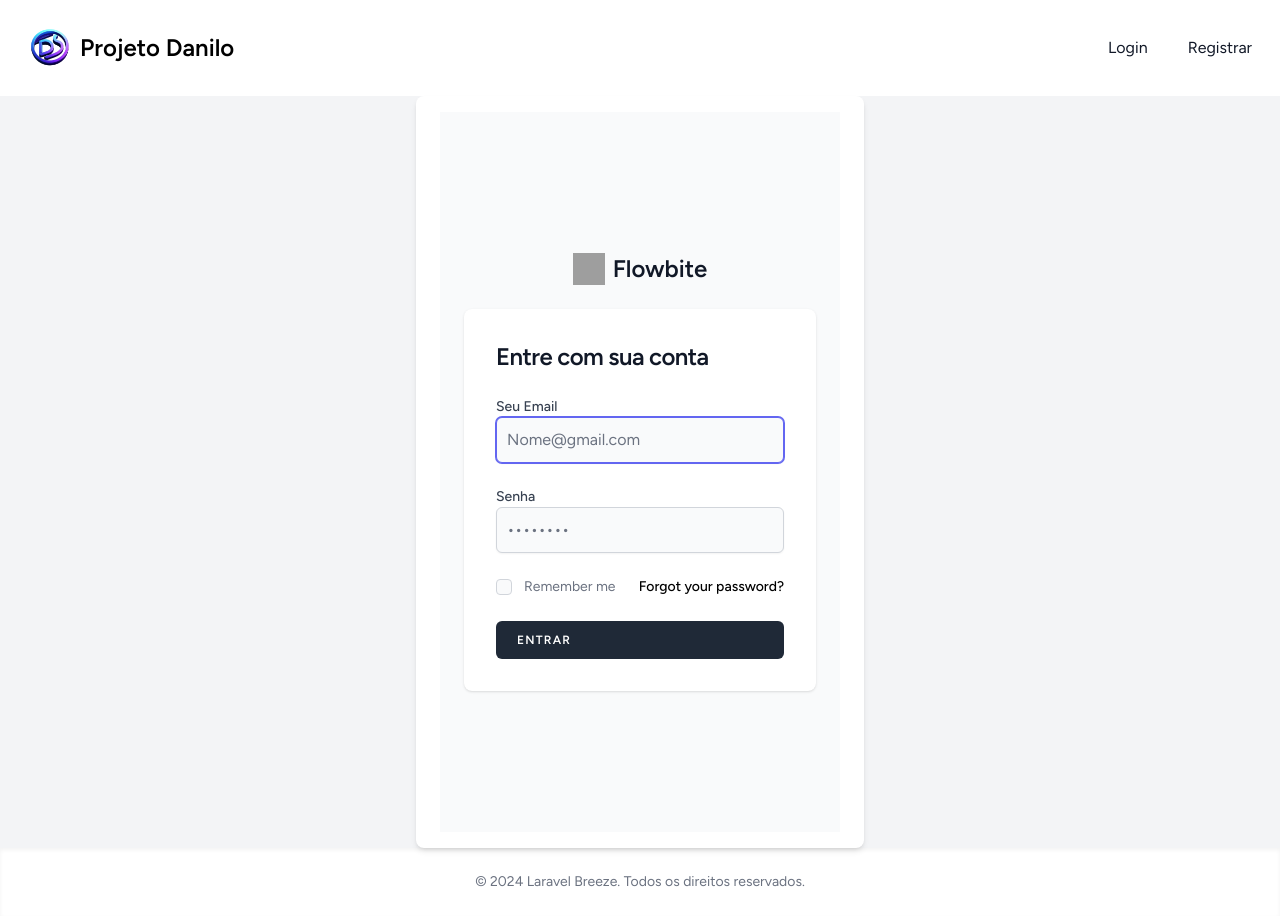
Repository: DaniloSsoares/Projeto-Laravel-site
Page: http://localhost/login
An editor plug-in stored every save of this project. The page is shown before and after the next save, followed by the edit.
The browser window is 1280 px wide. The pictures show the whole page.
Pictures or frames that could not be fetched are drawn as grey boxes. The page is served by the project's Laravel application, run on PHP 8.4 with Laravel 12. Other server files are loaded and not shown. Style sheets and scripts are compiled from the project's sources, by tool versions that may differ from the author's.

Above is the page before, as saved 2024-09-10 12:42:29.

### Projeto_Laravel_Crud/routes/web.php
<?php

use App\Http\Controllers\JogoController;
use App\Http\Controllers\ProfileController;
use Illuminate\Support\Facades\Route;

Route::get('/', function () {
    return view('welcome');
});

Route::get('/dashboard', function () {
    return view('dashboard');
})->middleware(['auth', 'verified'])->name('dashboard');

Route::middleware('auth')->group(function () {
    Route::get('/profile', [ProfileController::class, 'edit'])->name('profile.edit');
    Route::patch('/profile', [ProfileController::class, 'update'])->name('profile.update');
    Route::delete('/profile', [ProfileController::class, 'destroy'])->name('profile.destroy');
});

require __DIR__.'/auth.php';


Route::get('/listar', [JogoController::class, 'listar'])->name('jogo.listar');

Route::get('/cadastrar', [JogoController::class, 'cadastrar'])->name('jogo.cadastrar');

Route::get('/atualizar', function () {
    return view('atualizacao');
});

Route::get('/deletar', function () {
    return view('deletar');
});




Route::post('/adicionarJogo', [JogoController::class, 'adicionar'])->name('adicionar.jogo');


Route::post("/atualizar/{id}", [JogoController::class, 'atualizar']);

Route::get("/excluir/{id}",[JogoController::class, 'excluir'])->name('Excluir.jogo');

Route::get("/editar/{id}",[JogoController::class, 'editar'])->name('Editar.jogo');

### Projeto_Laravel_Crud/resources/views/auth/login.blade.php
<x-guest-layout>
    <section class="bg-gray-50 dark:bg-gray-900">
        <div class="flex flex-col items-center justify-center px-6 py-8 mx-auto md:h-screen lg:py-0">
            <a href="#" class="flex items-center mb-6 text-2xl font-semibold text-gray-900 dark:text-white">
                <img class="w-8 h-8 mr-2" src="https://flowbite.s3.amazonaws.com/blocks/marketing-ui/logo.svg" alt="logo">
                Flowbite
            </a>
            <div class="w-full bg-white rounded-lg shadow dark:border md:mt-0 sm:max-w-md xl:p-0 dark:bg-gray-800 dark:border-gray-700">
                <div class="p-6 space-y-4 md:space-y-6 sm:p-8">
                    <h1 class="text-xl font-bold leading-tight tracking-tight text-gray-900 md:text-2xl dark:text-white">
                       Entre com sua conta
                    </h1>

                    <!-- Session Status -->
                    <x-auth-session-status class="mb-4" :status="session('status')" />

                    <form class="space-y-4 md:space-y-6" method="POST" action="{{ route('login') }}">
                        @csrf
                        <!-- Email Address -->
                        <div>
                            <x-input-label for="email" :value="__('Seu Email')" />
                            <x-text-input id="email" class="bg-gray-50 border border-gray-300 text-gray-900 rounded-lg focus:ring-primary-600 focus:border-primary-600 block w-full p-2.5 dark:bg-gray-700 dark:border-gray-600 dark:placeholder-gray-400 dark:text-white dark:focus:ring-blue-500 dark:focus:border-blue-500" type="email" name="email" :value="old('email')" required autofocus autocomplete="username" placeholder="Nome@gmail.com" />
                            <x-input-error :messages="$errors->get('email')" class="mt-2" />
                        </div>

                        <!-- Password -->
                        <div>
                            <x-input-label for="password" :value="__('Senha')" />
                            <x-text-input id="password" class="bg-gray-50 border border-gray-300 text-gray-900 rounded-lg focus:ring-primary-600 focus:border-primary-600 block w-full p-2.5 dark:bg-gray-700 dark:border-gray-600 dark:placeholder-gray-400 dark:text-white dark:focus:ring-blue-500 dark:focus:border-blue-500" type="password" name="password" required autocomplete="current-password" placeholder="••••••••" />
                            <x-input-error :messages="$errors->get('password')" class="mt-2" />
                        </div>

                        <!-- Remember Me -->
                        <div class="flex items-center justify-between">
                            <div class="flex items-start">
                                <div class="flex items-center h-5">
                                    <input id="remember_me" type="checkbox" class="w-4 h-4 border border-gray-300 rounded bg-gray-50 focus:ring-3 focus:ring-primary-300 dark:bg-gray-700 dark:border-gray-600 dark:focus:ring-primary-600 dark:ring-offset-gray-800" name="remember">
                                </div>
                                <div class="ml-3 text-sm">
                                    <label for="remember_me" class="text-gray-500 dark:text-gray-300">{{ __('Remember me') }}</label>
                                </div>
                            </div>
                            @if (Route::has('password.request'))
                                <a class="text-sm font-medium text-primary-600 hover:underline dark:text-primary-500" href="{{ route('password.request') }}">
                                    {{ __('Forgot your password?') }}
                                </a>
                            @endif
                        </div>

                        <x-primary-button class="w-full text-white bg-primary-600 hover:bg-primary-700 focus:ring-4 focus:outline-none focus:ring-primary-300 font-medium rounded-lg text-sm px-5 py-2.5 text-center dark:bg-primary-600 dark:hover:bg-primary-700 dark:focus:ring-primary-800">
                            {{ __('Entrar') }}
                        </x-primary-button>
                    </form>


                </div>
            </div>
        </div>
    </section>
</x-guest-layout>

### Projeto_Laravel_Crud/resources/views/layouts/guest.blade.php
<!DOCTYPE html>
<html lang="{{ str_replace('_', '-', app()->getLocale()) }}">
    <head>
        <meta charset="utf-8">
        <meta name="viewport" content="width=device-width, initial-scale=1">
        <meta name="csrf-token" content="{{ csrf_token() }}">

        <title>{{ config('app.name', 'Laravel') }}</title>

        <!-- Fonts -->
        <link rel="preconnect" href="https://fonts.bunny.net">
        <link href="https://fonts.bunny.net/css?family=figtree:400,500,600&display=swap" rel="stylesheet" />

        <!-- Tailwind CSS via CDN -->
        <link rel="stylesheet" href="https://cdn.jsdelivr.net/npm/tailwindcss@2.2.19/dist/tailwind.min.css">

        <!-- Scripts -->
        @vite(['resources/css/app.css', 'resources/js/app.js'])
    </head>
    <body class="bg-gray-100 dark:bg-zinc-900 text-black dark:text-white">

        <!-- Header -->
        <nav class="bg-white border-gray-200 white:bg-gray-900">
            <div class="max-w-screen-xl flex flex-wrap items-center justify-between mx-auto p-4">
                <a href="{{ url('/dashboard') }}" class="flex items-center">
                    <img src="/img/logoDan.png" class="h-16" alt="Flowbite Logo" />
                    <span class="self-center text-2xl font-semibold whitespace-nowrap dark:text-white">Projeto Danilo</span>
                </a>
                <div class="flex items-center space-x-4">
                    @auth
                        <a href="{{ url('/profile') }}" class="block py-2 px-3 text-gray-900 hover:bg-gray-100 dark:hover:bg-gray-700 dark:text-white">Perfil</a>
                    @endauth
                    @guest
                        <a href="{{ route('login') }}" class="block py-2 px-3 text-gray-900 hover:bg-gray-100 dark:hover:bg-gray-700 dark:text-white">Login</a>
                        <a href="{{ route('register') }}" class="block py-2 px-3 text-gray-900 hover:bg-gray-100 dark:hover:bg-gray-700 dark:text-white">Registrar</a>
                    @endguest
                </div>
            </div>
        </nav>

        <!-- Main Content -->
        <main class="flex items-center justify-center min-h-screen"> <!-- Adicionando flexbox para centralização -->
            <div class="w-full sm:max-w-md px-6 py-4 bg-white dark:bg-gray-800 shadow-md overflow-hidden sm:rounded-lg">
                {{ $slot }}
            </div>
        </main>

        <!-- Footer -->
        <footer class="p-6 bg-white dark:bg-zinc-800 shadow-inner">
            <div class="text-center text-sm text-gray-500 dark:text-gray-400">
                © 2024 Laravel Breeze. Todos os direitos reservados.
            </div>
        </footer>
    </body>
</html>

Loaded but not shown: Projeto_Laravel_Crud/routes/auth.php (common file); Projeto_Laravel_Crud/app/Http/Controllers/Auth/EmailVerificationPromptController.php (common file); Projeto_Laravel_Crud/app/Http/Controllers/Controller.php (common file); Projeto_Laravel_Crud/app/Http/Controllers/Auth/VerifyEmailController.php (common file); Projeto_Laravel_Crud/app/Http/Controllers/Auth/AuthenticatedSessionController.php (common file); Projeto_Laravel_Crud/app/View/Components/GuestLayout.php (common file); Projeto_Laravel_Crud/resources/views/components/auth-session-status.blade.php (common file); Projeto_Laravel_Crud/resources/views/components/input-label.blade.php (common file); Projeto_Laravel_Crud/resources/views/components/text-input.blade.php (common file); Projeto_Laravel_Crud/resources/views/components/input-error.blade.php (common file); Projeto_Laravel_Crud/resources/views/components/primary-button.blade.php (common file); Projeto_Laravel_Crud/resources/css/app.css (common file); Projeto_Laravel_Crud/tailwind.config.js (common file); Projeto_Laravel_Crud/resources/js/app.js (common file); Projeto_Laravel_Crud/resources/js/bootstrap.js (common file)

After the next save:
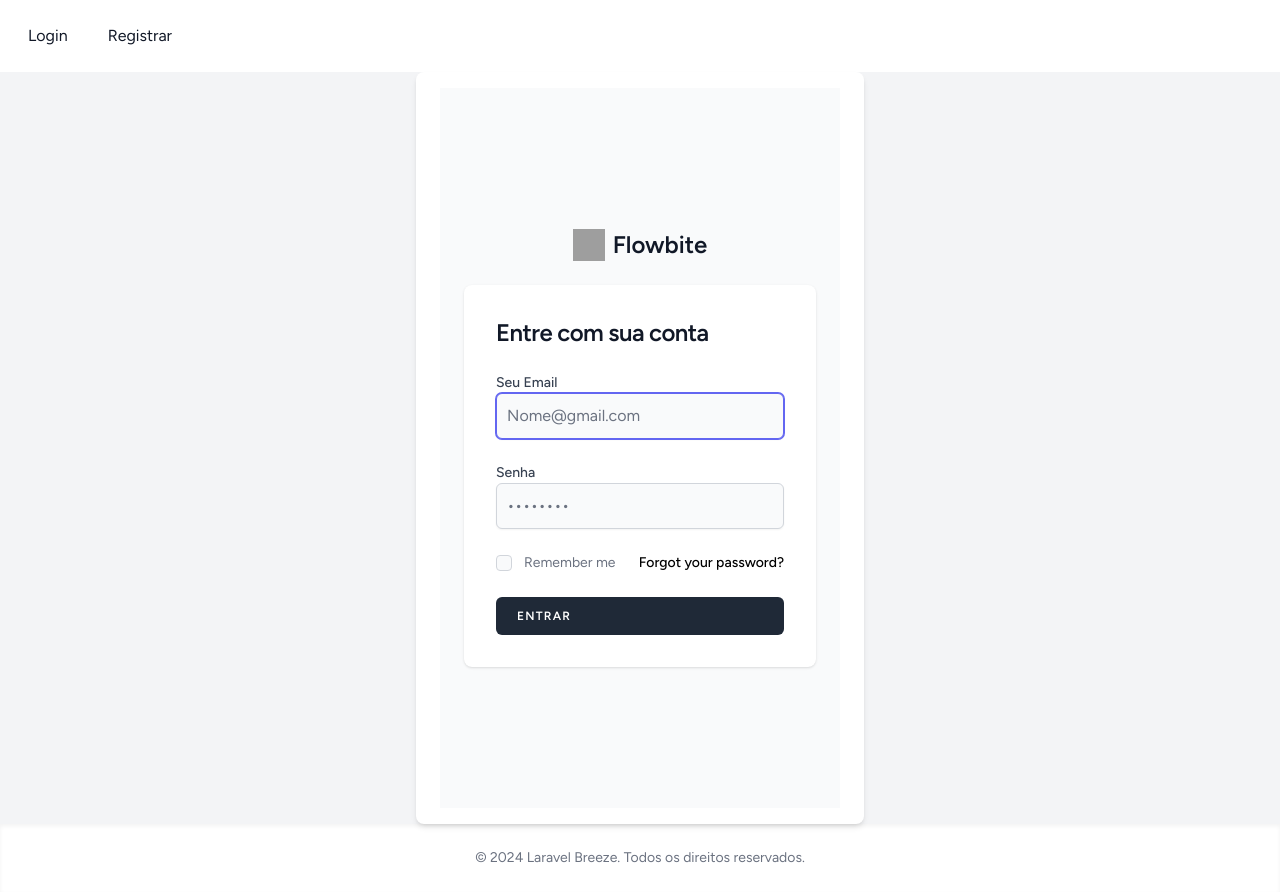
Saved 81 s later.
--- a/Projeto_Laravel_Crud/resources/views/layouts/guest.blade.php
+++ b/Projeto_Laravel_Crud/resources/views/layouts/guest.blade.php
@@ -22,10 +22,7 @@
         <!-- Header -->
         <nav class="bg-white border-gray-200 white:bg-gray-900">
             <div class="max-w-screen-xl flex flex-wrap items-center justify-between mx-auto p-4">
-                <a href="{{ url('/dashboard') }}" class="flex items-center">
-                    <img src="/img/logoDan.png" class="h-16" alt="Flowbite Logo" />
-                    <span class="self-center text-2xl font-semibold whitespace-nowrap dark:text-white">Projeto Danilo</span>
-                </a>
+
                 <div class="flex items-center space-x-4">
                     @auth
                         <a href="{{ url('/profile') }}" class="block py-2 px-3 text-gray-900 hover:bg-gray-100 dark:hover:bg-gray-700 dark:text-white">Perfil</a>

After the save that followed:
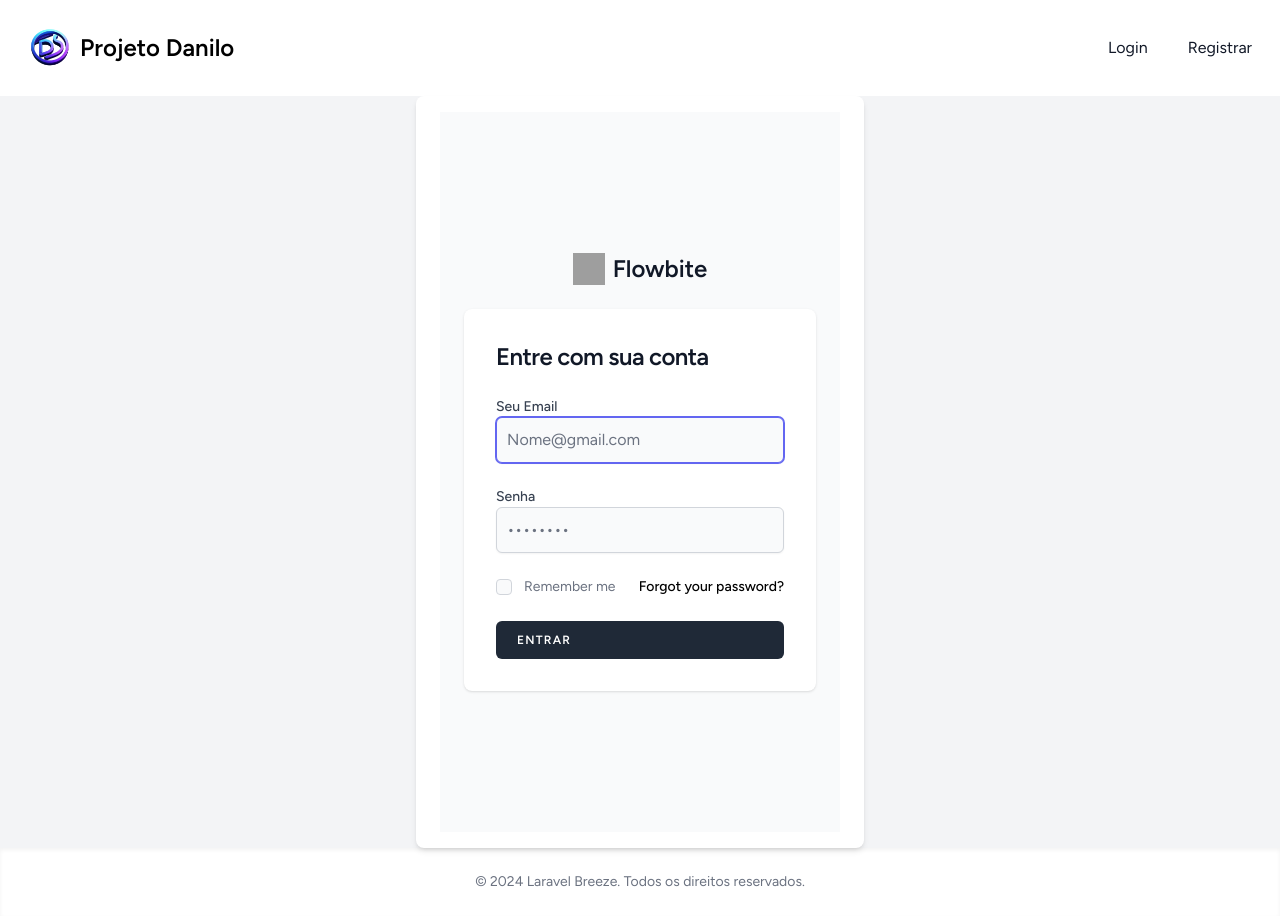
Saved 4 s later.
--- a/Projeto_Laravel_Crud/resources/views/layouts/guest.blade.php
+++ b/Projeto_Laravel_Crud/resources/views/layouts/guest.blade.php
@@ -22,7 +22,10 @@
         <!-- Header -->
         <nav class="bg-white border-gray-200 white:bg-gray-900">
             <div class="max-w-screen-xl flex flex-wrap items-center justify-between mx-auto p-4">
-
+                <a href="{{ url('/dashboard') }}" class="flex items-center">
+                    <img src="/img/logoDan.png" class="h-16" alt="Flowbite Logo" />
+                    <span class="self-center text-2xl font-semibold whitespace-nowrap dark:text-white">Projeto Danilo</span>
+                </a>
                 <div class="flex items-center space-x-4">
                     @auth
                         <a href="{{ url('/profile') }}" class="block py-2 px-3 text-gray-900 hover:bg-gray-100 dark:hover:bg-gray-700 dark:text-white">Perfil</a>
